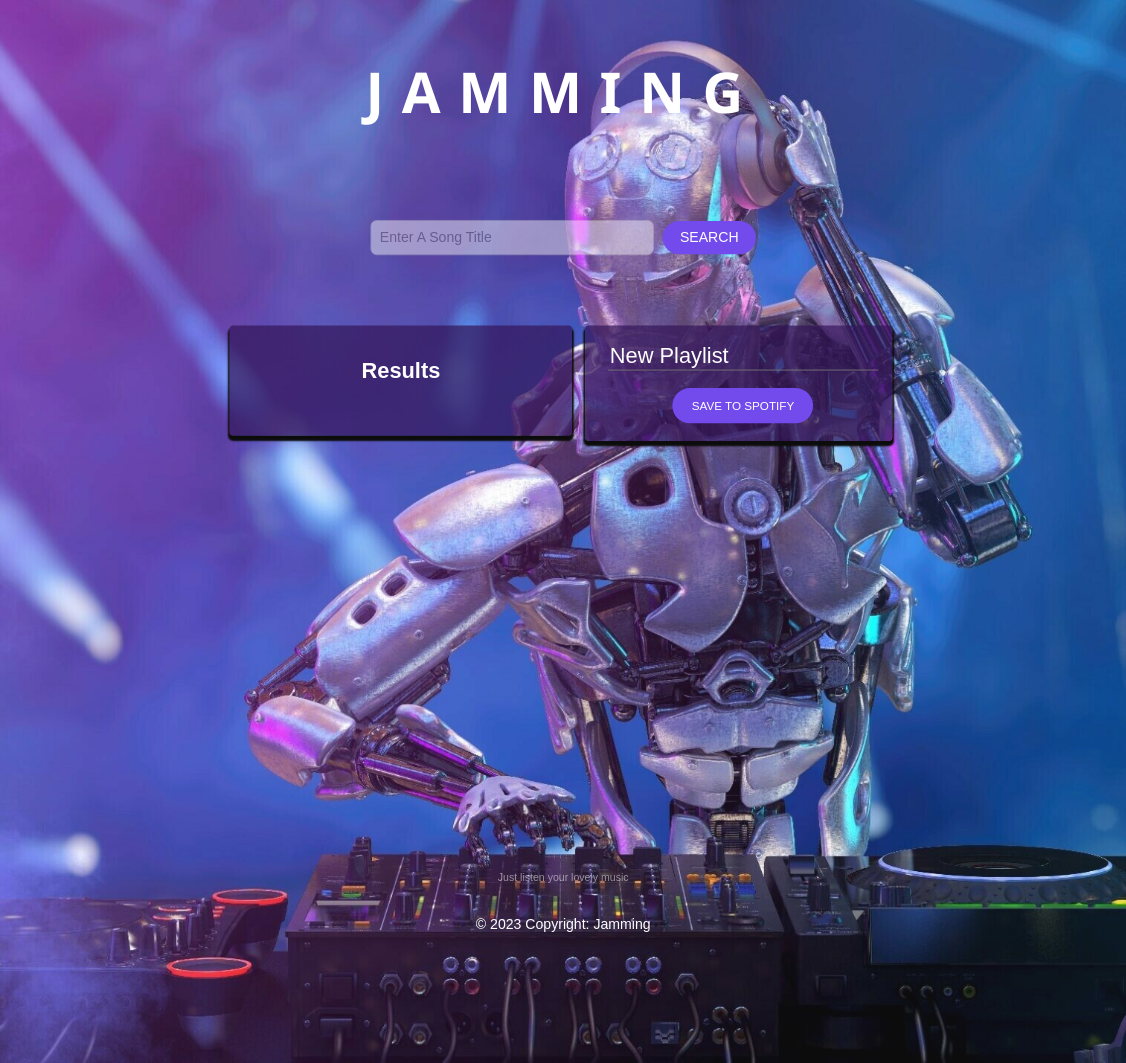
Repository: LolaSL/jamming
Page: /
These files come from the project's save history. The page is drawn as it stood at one moment and after the next save; the edit follows.
The browser window is 1280 px wide. The pictures show the whole page, at 88% of full size.
The project was rebuilt for these pictures with package versions that can differ from the ones it lists, and the page was loaded fresh each time. Also part of the build but not shown: src/components/Track/Track.jsx.

Above is the page before, as saved 2023-06-23 19:59:00.

### src/App/App.js
import React, { useState, useCallback } from "react";
import "./App.css";
import Footer from "../components/Footer/Footer";
import Playlist from "../components/PlayList/PlayList.jsx";
import SearchBar from "../components/SearchBar/SearchBar";
import SearchResults from "../components/SearchResults/SearchResults";
import Spotify from "../utils/Spotify";

const App = () => {
  const [searchResults, setSearchResults] = useState([]);
  const [playlistName, setPlaylistName] = useState("New Playlist");
  const [playlistTracks, setPlaylistTracks] = useState([]);

  const search = useCallback(async (term) => {
    const results = await Spotify.search(term);
    setSearchResults(results);
  }, []);

  const addTrack = useCallback((track) => {
    if (playlistTracks.some((savedTrack) => savedTrack.id === track.id)) {
      return;
    }
    setPlaylistTracks((prevTracks) => [...prevTracks, track]);
  }, [playlistTracks]);

  const removeTrack = useCallback((track) => {
    setPlaylistTracks((prevTracks) =>
      prevTracks.filter((currentTrack) => currentTrack.id !== track.id)
    );
  }, []);

  const updatePlaylistName = useCallback((name) => {
    setPlaylistName(name);
  }, []);

  const savePlaylist = useCallback(async () => {
    const trackUris = playlistTracks.map((track) => track.uri);
    await Spotify.savePlaylist(playlistName, trackUris);
    setPlaylistName("New Playlist");
    setPlaylistTracks([]);
  }, [playlistName, playlistTracks]);

  return (
    <div className="App-container" data-testid="app-test">
      <h1>
        Jamming
      </h1>
      <SearchBar onSearch={search} />
      <div className="App-playlist-container">
          <SearchResults searchResults={searchResults} onAdd={addTrack} />
          <Playlist
            playlistName={playlistName}
            playlistTracks={playlistTracks}
            onNameChange={updatePlaylistName}
            onRemove={removeTrack}
            onSave={savePlaylist}
        />
      </div>
      <Footer />
      </div>
  );
};

export default App;
;

### src/App/App.css
body,
html,
#root {
  height: 100%;
  margin: 0;
  padding: 0;
}

/* CSS for App-container */
.App-container {
  display: flex;
  flex-direction: column;
  align-items: center;
  padding: 20px;
  background-color: #6c41ec;
  background-image: url("./background.jpg");
  height: 150%;
  padding: 0 17% 10% 17%;
  opacity: 0.95;
  background-size: cover;
  overflow: hidden;
  background-position: center;
  background-repeat: no-repeat;
  font-family: "Work Sans", sans-serif;
  font-weight: 500;
  color: #56649f;
  text-align: center;
}

/* CSS for h1 */
h1 {
  font-family: "Segoe UI", Tahoma, Geneva, Verdana, sans-serif;
  text-transform: uppercase;
  letter-spacing: 20px;
  color: #ffffff;
  font-size: 4rem;
  margin-top: 60px;
}

/* CSS for SearchBar */
.SearchBar {
  display: flex;
  justify-content: center;
  align-items: center;
  margin-bottom: 20px;
}

/* CSS for App-playlist */
.App-playlist-container  {
  display: grid;
  grid-template-columns: 1fr 1fr;
  grid-gap:50px;
  align-items: justify;
  margin: 60px auto;
}

/* CSS for SearchResults and Playlist components */
.SearchResults,
.Playlist {
  background-color: #fff;
  padding: 20px;
  border-radius: 4px;
  box-shadow: 1px 1px 1px rgba(9, 3, 15, 0.488);
}
.footer{
  margin-top: auto;
}
@media (max-width: 800px) {
  /* CSS for App-container */
  .App-container {
    padding: 10px;
    font-size: 14px;
  }
  /* CSS for h1 */
  h1 {
    font-size: 3rem;
    margin-top: 40px;
    text-shadow: 1px 2px 3px rgba(112, 30, 189, 0.488);
    opacity: 0.97;
    z-index: 5;
  }
  .SearchResults,
.Playlist {
  background-color: #fff;
  padding: 10px;
  border-radius: 4px;
  box-shadow: 1px 1px 1px rgba(9, 3, 15, 0.488);
}
.App-playlist-container {
  grid-gap: -5px;
  margin: 40px auto;
}
.footer{
  margin-top: auto;
}

}

### src/components/Footer/Footer.jsx
import "./Footer.css";

const Footer = () => {
  return (
    <footer className="footer" data-testid="footer-test">
      <div className="infoText" data-test="infoText-test">
        <p>Just listen your lovely music</p>
      </div>
        <div data-test="copyright-test">
          &copy; {new Date().getFullYear()} Copyright: Jamming
        </div>

    </footer>
  );
};

export default Footer;

### src/components/PlayList/PlayList.jsx
import React, { useCallback } from "react";
import PropTypes from "prop-types";
import "./PlayList.css";
import TrackList from "../TrackList/TrackList";

const Playlist = ({
  onNameChange,
  playlistTracks,
  onRemove,
  onSave
}) => {
  const handleNameChange = useCallback((event) => {
    onNameChange(event.target.value);
  }, [onNameChange]);

  return (
    <div className="Playlist">
      <input onChange={handleNameChange} defaultValue={"New Playlist"} />
      <TrackList
        tracks={playlistTracks}
        isRemoval={true}
        onRemove={onRemove}
      />
      <button className="Playlist-save" onClick={onSave}>
        SAVE TO SPOTIFY
      </button>
    </div>
  );
};

Playlist.propTypes = {
  onNameChange: PropTypes.func,
  playlistTracks: PropTypes.array,
  onRemove: PropTypes.func,
  onSave: PropTypes.func
};

export default Playlist;

### src/components/SearchBar/SearchBar.jsx
import React, { useState, useCallback } from "react";
import "./SearchBar.css";

const SearchBar = ({ onSearch }) => {
  const [term, setTerm] = useState("");

  const handleTermChange = useCallback((event) => {
    event.preventDefault();
    setTerm(event.target.value);
  }, []);

  const search = useCallback(
    (event) => {
      event.preventDefault();
      onSearch(term);
    },
    [onSearch, term]
  );

  return (
    <div className="SearchBar">
      <input placeholder="Enter A Song Title" onChange={handleTermChange} />
      <button className="SearchButton" onClick={search}>
        SEARCH
      </button>
    </div>
  );
};

export default SearchBar;

### src/components/SearchResults/SearchResults.jsx
import React from "react";
import "./SearchResults.css";
import TrackList from "../TrackList/TrackList";

const SearchResults = ({ searchResults, onAdd }) => {
  return (
    <div className="SearchResults">
      <h2>Results</h2>
      <TrackList tracks={searchResults} onAdd={onAdd} />
    </div>
  );
};

export default SearchResults;

### src/utils/Spotify.js
const clientId = 'a18dfb23f21c4bf69aa0c5c6ac72acdc'; // Insert client ID here.
const redirectUri = 'http://localhost:3000/'; // Have to add this to your accepted Spotify redirect URIs on the Spotify API.

let accessToken;

const Spotify = {
  getAccessToken() {
    if (accessToken) {
      return accessToken;
    }

    const accessTokenMatch = window.location.href.match(/access_token=([^&]*)/);
    const expiresInMatch = window.location.href.match(/expires_in=([^&]*)/);
    if (accessTokenMatch && expiresInMatch) {
      accessToken = accessTokenMatch[1];
      const expiresIn = Number(expiresInMatch[1]);
      window.setTimeout(() => accessToken = '', expiresIn * 1000);
      window.history.pushState('Access Token', null, '/'); // This clears the parameters, allowing us to grab a new access token when it expires.
      return accessToken;
    } else {
      const accessUrl = `https://accounts.spotify.com/authorize?client_id=${clientId}&response_type=token&scope=playlist-modify-public&redirect_uri=${redirectUri}`;
      window.location = accessUrl;
    }
  },

  async search(term) {
    const accessToken = Spotify.getAccessToken();
    const response = await fetch(`https://api.spotify.com/v1/search?type=track&q=${term}`, {
      headers: {
        Authorization: `Bearer ${accessToken}`
      }
    });
    const jsonResponse = await response.json();
    if (!jsonResponse.tracks) {
      return [];
    }
    return jsonResponse.tracks.items.map(track => ({
      id: track.id,
      name: track.name,
      artist: track.artists[0].name,
      album: track.album.name,
      popularity: track.popularity,
      uri: track.uri
    }));
  },

  savePlaylist(name, trackUris) {
    if (!name || !trackUris.length) {
      return;
    }

    const accessToken = Spotify.getAccessToken();
    const headers = { Authorization: `Bearer ${accessToken}` };
    let userId;

    return fetch('https://api.spotify.com/v1/me', { headers: headers }
    ).then(response => response.json()
    ).then(jsonResponse => {
      userId = jsonResponse.id;
      return fetch(`https://api.spotify.com/v1/users/${userId}/playlists`, {
        headers: headers,
        method: 'POST',
        body: JSON.stringify({ name: name })
      }).then(response => response.json()
      ).then(jsonResponse => {
        const playlistId = jsonResponse.id;
        return fetch(`https://api.spotify.com/v1/users/${userId}/playlists/${playlistId}/tracks`, {
          headers: headers,
          method: 'POST',
          body: JSON.stringify({ uris: trackUris })
        });
      });
    });
  }
};

export default Spotify;

### src/components/Footer/Footer.css


.footer {
    background-color: var(--black3);
    padding: 20px 0;
    color: white;
    position: relative;
    .contentWrapper {
        display: flex;
        align-items: center;
        flex-direction: column;
    }
    .menuItems {
        list-style-type: none;
        display: flex;

        align-items: center;
        justify-content: center;
        gap: 15px;
        margin-bottom: 20px;

        .menuItem {
            transition: all ease 0.3s;
            cursor: pointer;
            text-decoration: none;
            font-size: 12px;
           }
            .menuItem &:hover {
                color: var(--pink);
            }

    }
    .infoText {
        font-size: 12px;
        line-height: 20px;
        opacity: 0.5;
        text-align: center;
        max-width: 800px;
        margin-bottom: 20px;

    }
    .socialIcons {
        display: flex;
        align-items: center;
        justify-content: center;
        gap: 10px;
        .icon {
            width: 50px;
            height: 50px;
            border-radius: 50%;
            background-color: var(--black);
            display: flex;
            align-items: center;
            justify-content: center;
            cursor: pointer;
            transition: all ease 0.3s;
            &:hover {
                box-shadow: 0 0 0.625em var(--pink);
                color: var(--pink);
            }
        }
    }
}

### src/components/PlayList/PlayList.css
.Playlist {
    display: flex;
    flex-direction: column;
    align-items: center;
    justify-items: center;
    overflow-y: scroll;
    width: 90%;
    height: auto;
    background-color: rgba(40, 9, 80, 0.7);
    box-shadow: 0 4px 2px 2px #000000;
    margin-bottom: 34px;
   padding-right: 10px;
   margin-right: auto;

  }

  .Playlist input {
    width: 95%;
    border: 0;
    outline: 0;
    background: transparent;
    border-bottom: 1px solid #6f6f6f;
    font-family: 'Poppins', sans-serif;
    font-size: 1.55rem;
    color: #fff;
  }

  .Playlist-save {
    cursor: pointer;
    width: 10rem;
    padding: .77rem 0;
    border-radius: 54px;
    border-width: 0px;
    margin-top: 1.27rem;
    background-color: #6c41ec;
    text-align: center;
    font-size: .83rem;
    transition: background-color .25s;
    color: #fff;
    font-weight: 500;
  }

  .Playlist-save:hover {
    background-color: rgba(108, 65, 233, .7);
  }

  ::-webkit-scrollbar {
      width: 0px;
      background: transparent;
  }
  @media screen and (max-width: 600px) {
  /* CSS for Playlist on smaller screens */
  .Playlist {
    width: 90%;
    margin-right: auto;
    padding-right: 0;
  }

  .Playlist input {
    font-size: 1.3rem;
  }
}
@media screen and (max-width: 800px) {
  /* CSS for Playlist on smaller screens */
  .Playlist {
    width:95%;
    margin-right: auto;
    padding-right: 0;
    display: flex;
    flex-direction: column;
    align-items: center;
  }

  .Playlist input {
    font-size: 1.3rem;
  }
}

### src/components/TrackList/TrackList.jsx
import React from "react";
import PropTypes from "prop-types";
import "./TrackList.css";
import Track from "../Track/Track";

const TrackList = ({ tracks, onAdd, isRemoval, onRemove }) => {
  return (
    <div className="TrackList">
      {tracks.map((track, index) => (
        <Track
          key={index}
          track={track}
          onAdd={onAdd}
          isRemoval={isRemoval}
          onRemove={onRemove}
        />
      ))}
    </div>
  );
};

TrackList.propTypes = {
  tracks: PropTypes.array,
  onAdd: PropTypes.func,
  onRemove: PropTypes.func,
  isRemoval: PropTypes.bool,
};

export default TrackList;

### src/components/SearchBar/SearchBar.css
/* CSS for SearchBar form */
.SearchBar {
  display: flex;
  align-items: center;
  margin-top: 60px;
}

/* CSS for input */
.SearchBar input {
  flex-grow: 1;
  padding: 10px;
  border: 1px solid #ccc;
  border-radius: 7px;
  font-size: 16px;
  margin-right: 10px;
  width:  300px;
  opacity: 0.45;
  z-index: 1;

}

/* CSS for button */
.SearchBar button {
  padding: 10px 20px;
  background-color: #6c41ec;
  color: #fff;
  border: none;
  border-radius: 4px;
  font-size: 16px;
  cursor: pointer;
  border-radius: 54px;
  transition: background-color .25s;
}

/* CSS for button hover effect */
.SearchBar button:hover {
  background-color: rgba(108, 65, 233, 0.7);
}

### src/components/SearchResults/SearchResults.css
.SearchResults {
  display: flex;
  flex-direction: column;
  align-items: left;
  overflow-y: scroll;
  width: 38%;
  max-height: 900px;
  padding: 1.1rem;
  background-color: rgba(40, 9, 80, 0.7);
  box-shadow: 0 4px 2px 2px #000000;
  gap: 10px;

  }
  h2{
    font-family: 'Poppins', sans-serif;
    color: #ffffff;
    text-align: left;
    font-size: 1.55rem;
  }
  ::-webkit-scrollbar {
      width: 0px;
      background: transparent;
  }

 @media only screen and (max-width: 1020px) {
    .SearchResults {
      width: 90%;
      margin-bottom:2.5rem;
    }
  }

  @media screen and (min-width: 800px) {
    .SearchResults {
      width:75%;
      margin-bottom:2rem;
      align-items: center;
    }
  }
  @media only screen and (max-width: 1220px) {
    .SearchResults {
      width: 90%;
      margin-bottom:2.5rem;
      align-items: center;
    }
  }
  @media only screen and (max-width: 1620px) {
    .SearchResults {
      width: 100%;
      margin-bottom:2.5rem;
      align-items: center;
    }
  }

### src/components/TrackList/TrackList.css
.TrackList {
  width: 90%;
  height: auto;
  overflow-y: scroll;
  display: flex;
  flex-direction: column;
}
@media screen and (max-width: 800px) {
  /* CSS for TrackList on smaller screens */
  .TrackList {
    width: 75%;
    height: auto;
    display: flex;
    flex-direction: column;
    align-items: center;
  }
}

### src/components/Track/Track.css
.Track {
    display: flex;
    align-items: center;
    border-bottom: 1px solid rgba(256, 256, 256, 0.8);
    padding-top: 14px;
  }

  .Track-action {
    cursor: pointer;
    padding: .5rem;
    font-size: 1.05rem;
    transition: color .25s;
    border: 0px;
    background-color: rgba(128, 73, 196, 0);
    color: #fff;
  }

  .Track-action:hover {
    color: rgba(265, 265, 265, .5);
  }

  .Track-information {
    flex-grow: 1;
    display: flex;
    flex-direction: column;
    justify-content: center;
    height: 90px;
  }

  .Track-information h3 {
    margin-bottom: .22rem;
  }

  .Track-information p {
    font-size: .83rem;
    font-weight: 300;
    color: rgba(256, 256, 256, 0.8);
  }
  h3, p{
    color:#ffffff;

  }

p{
    color:#ffffff;
    padding-bottom:  15px;
    margin-top: 10px
  }

  @media (max-width: 800px) {
    /* CSS for Track on smaller screens */
    .Track {
      display: flex;
      flex-direction: column;
      align-items: center;
      /* margin-bottom: 30px; */
      padding-top: 7px;
    }

    .Track-information {
      text-align: center;
    }

    .Track h3 {
      font-size: 1rem;
      text-transform: upperc;
    }

    .Track p {
      font-size: 0.9rem;
    }
  }

Loaded but not shown: public/index.html (common file); src/index.js (common file); src/index.css (common file); src/reportWebVitals.js (common file)

After the next save:
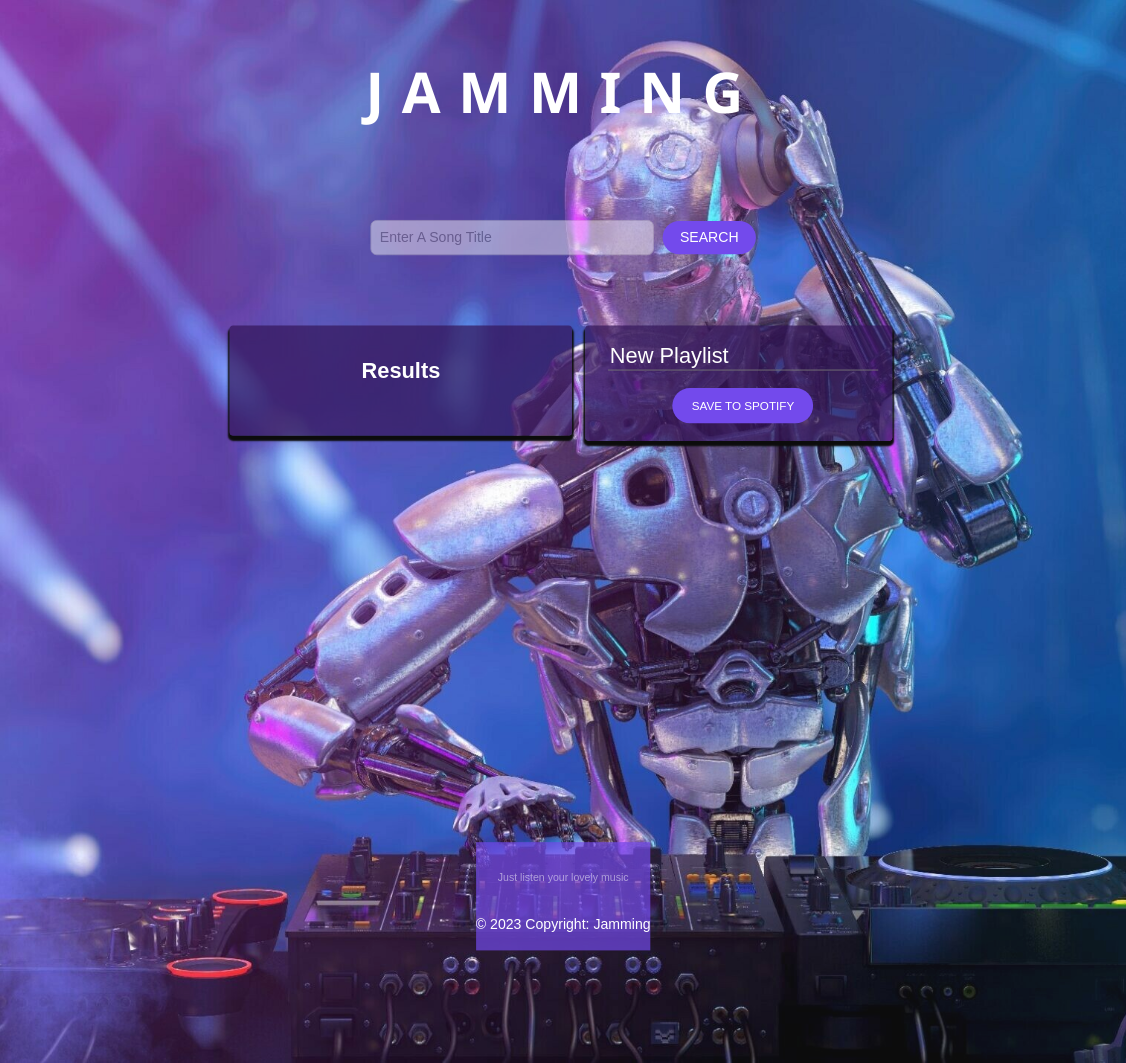
Saved 39 s later.
--- a/src/components/Footer/Footer.css
+++ b/src/components/Footer/Footer.css
@@ -1,7 +1,7 @@
 
 
 .footer {
-    background-color: var(--black3);
+    background-color: rgba(108, 65, 233, .7);
     padding: 20px 0;
     color: white;
     position: relative;
